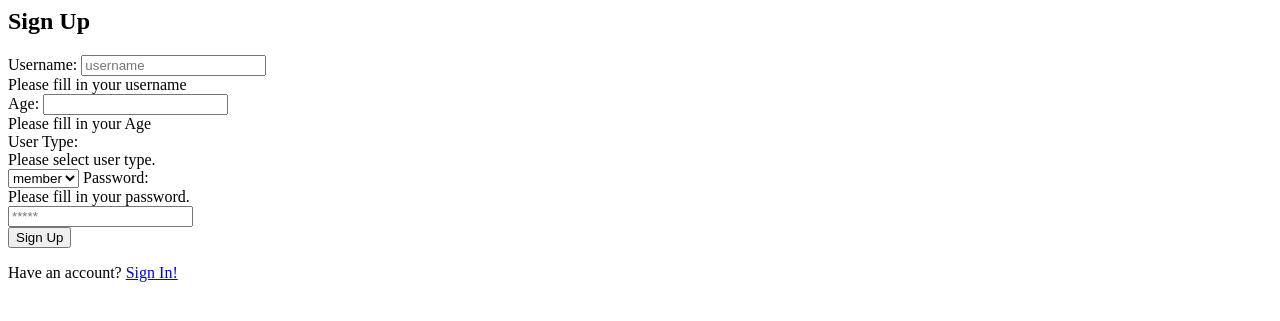
Repository: MikeMoore55/TheLibrary
Page: http://localhost/src/public/pages/sign-up.page.php
The author's editor kept a copy of each file at every save. The page is drawn from the files as they stood at one save, then again after the next save.
The browser window is 1280 px wide. The pictures show the whole page.
The page is run by PHP 8.4 with error messages shown; the project is at /var/www/html/.

Above is the page before, as saved 2022-07-07 09:02:34.

### src/public/pages/sign-up.page.php
<!-- this is the page for when new users want to create a account for TheLibrary -->

<main>
    <form class="sign-up-form form-control" action="home" method="POST">
        <h2>Sign Up</h2>
        <label for="exampleFormControlInput1" class="form-label">
            Username:
        </label>
        <input type="text" class="form-control" id="exampleFormControlInput1" name="username" placeholder="username">
        <div class="invalid-feedback">
            Please fill in your username
        </div>
        <label for="exampleFormControlInput1" class="form-label">
            Age:
        </label>
        <input type="age" class="form-control" id="exampleFormControlInput1" name="age">
        <div class="invalid-feedback">
            Please fill in your Age
        </div>
        <label for="exampleFormControlInput2" class="form-label">
            User Type:
        </label>
        <div class="invalid-feedback">
            Please select user type.
        </div>
        <select class="form-select" aria-label="Default select example" name="userType">
            <option>member</option>
            <option>librarian</option>
        </select>
        <label for="exampleFormControlInput2" class="form-label">
            Password:
        </label>
        <div class="invalid-feedback">
            Please fill in your password.
        </div>
        <input type="password" class="form-control" id="exampleFormControlInput2" placeholder="*****" name="password">

        <br>
        <input type="submit" class="btn btn-primary mb-3 btn-override" name="signUp" value="Sign Up">
        <p>Have an account? <a href="signIn">Sign In!</a></p>

    </form>
</main>

After the next save:
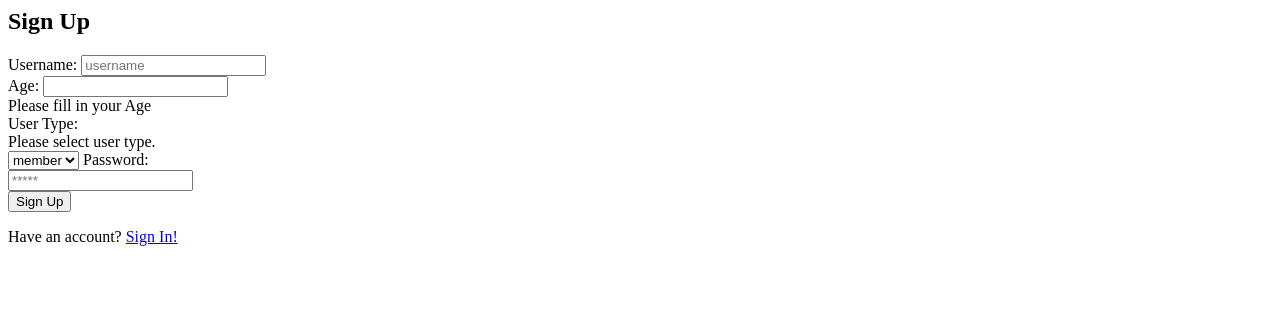
Saved 25 min 11 s later.
--- a/src/public/pages/sign-up.page.php
+++ b/src/public/pages/sign-up.page.php
@@ -1,4 +1,88 @@
 <!-- this is the page for when new users want to create a account for TheLibrary -->
+
+<?php
+    // Define variables and initialize with empty values
+    $username = $password = $age = $userType = "";
+    $username_error = $password_error = $age_error = $userType_error = "";
+
+    // Processing form data when form is submitted
+    if ($_SERVER["REQUEST_METHOD"] == "POST") {
+
+        // Validate username
+        if (empty(trim($_POST["username"]))) {
+            $username_err = "Please enter a username.";
+        } elseif (!preg_match('/^[a-zA-Z0-9_]+$/', trim($_POST["username"]))) {
+            $username_error = "Username can only contain letters, numbers, and underscores.";
+        } else {
+            // Prepare a select statement
+            $sql = "SELECT id FROM users WHERE username = ?";
+
+            if ($stmt = mysqli_prepare($conn, $sql)) {
+                // Bind variables to the prepared statement as parameters
+                mysqli_stmt_bind_param($stmt, "s", $param_username);
+
+                // Set parameters
+                $param_username = trim($_POST["username"]);
+
+                // Attempt to execute the prepared statement
+                if (mysqli_stmt_execute($stmt)) {
+                    /* store result */
+                    mysqli_stmt_store_result($stmt);
+
+                    if (mysqli_stmt_num_rows($stmt) == 1) {
+                        $username_error = "This username is already taken.";
+                    } else {
+                        $username = trim($_POST["username"]);
+                    }
+                } else {
+                    echo "Oops! Something went wrong. Please try again later.";
+                }
+
+                // Close statement
+                mysqli_stmt_close($stmt);
+            }
+        }
+
+        // Validate password
+        if (empty(trim($_POST["password"]))) {
+            $password_error = "Please enter a password.";
+        } elseif (strlen(trim($_POST["password"])) < 6) {
+            $password_error = "Password must have at least 6 characters.";
+        } else {
+            $password = trim($_POST["password"]);
+        }
+
+        // Check input errors before inserting in database
+        if (empty($username_error) && empty($password_error) && empty($confirm_password_err)) {
+
+            // Prepare an insert statement
+            $sql = "INSERT INTO users (username, user_password) VALUES (?, ?)";
+
+            if ($stmt = mysqli_prepare($link, $sql)) {
+                // Bind variables to the prepared statement as parameters
+                mysqli_stmt_bind_param($stmt, "ss", $param_username, $param_password);
+
+                // Set parameters
+                $param_username = $username;
+                $param_password = password_hash($password, PASSWORD_DEFAULT); // Creates a password hash
+
+                // Attempt to execute the prepared statement
+                if (mysqli_stmt_execute($stmt)) {
+                    // Redirect to login page
+                    header("location: /sql-user-authentication-app/src/pages/login.php");
+                } else {
+                    echo "Oops! Something went wrong. Please try again later.";
+                }
+
+                // Close statement
+                mysqli_stmt_close($stmt);
+            }
+        }
+
+        // Close connection
+        mysqli_close($conn);
+    }
+?>
 
 <main>
     <form class="sign-up-form form-control" action="home" method="POST">
@@ -8,7 +92,7 @@
         </label>
         <input type="text" class="form-control" id="exampleFormControlInput1" name="username" placeholder="username">
         <div class="invalid-feedback">
-            Please fill in your username
+            <?php echo $username_error?>
         </div>
         <label for="exampleFormControlInput1" class="form-label">
             Age:
@@ -31,7 +115,7 @@
             Password:
         </label>
         <div class="invalid-feedback">
-            Please fill in your password.
+            <?php echo $password_error?>
         </div>
         <input type="password" class="form-control" id="exampleFormControlInput2" placeholder="*****" name="password">
 
